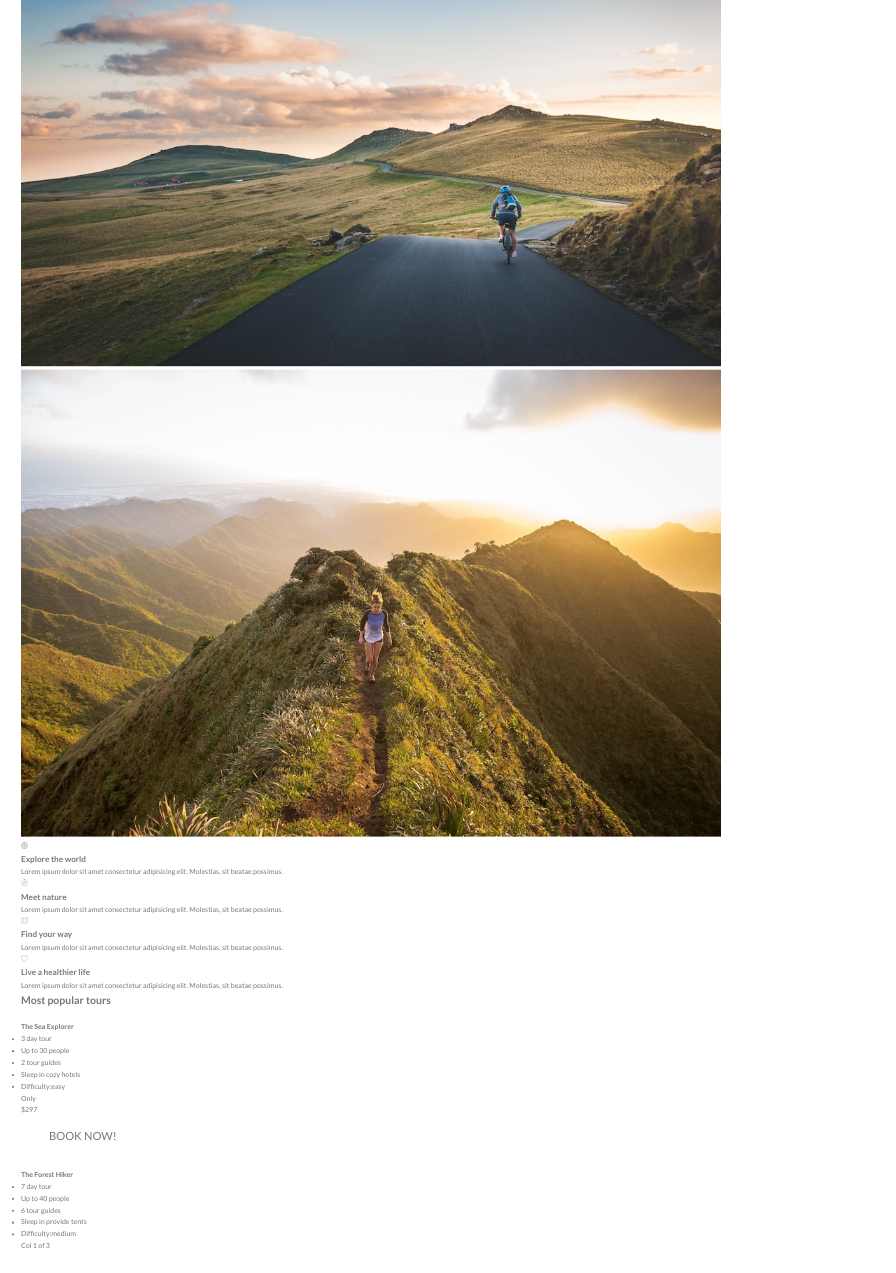
Repository: MalgorzataMazur/Natours
Page: index.html
An editor plug-in stored every save of this project. The page is shown before and after the next save, followed by the edit.
The browser window is 1280 px wide. The pictures show the part of the page from y = 1643 to 3563 px (the page is 3461 px tall before and 3563 px after), at 70% of full size.
The style sheet was rebuilt from its Sass, Less or Tailwind sources for each picture, by a compiler version that may differ from the author's.

Above is the page before, as saved 2020-02-20 22:30:17.

### index.html
<!DOCTYPE html>
<html lang="en">
<head>
    <meta charset="UTF-8">
    <meta name="viewport" content="width=device-width, initial-scale=1.0">
    <meta http-equiv="X-UA-Compatible" content="ie=edge">

    <link href="https://fonts.googleapis.com/css?family=Lato:100,300,400,700,900" rel="stylesheet">

    <link rel="stylesheet" href="css/icon-font.css.css">
    <link rel="stylesheet" href="css/style.css">
    <link rel="shortcut icon" type="image/png" href="img/favicon.png">

    <title>Natours | Exciting tours for adventurous people</title>
</head>
<body>
    <header class="header">  <!-- green field -->
        <div class="header__logo-box">
            <img src="img/logo-white.png" alt="Logo" class="header__logo">
        </div>

        <div class="header__text-box">
            <h1 class="heading-primary">
                <span class="heading-primary--main">Outdoors</span>
                <span class="heading-primary--sub">is where life happens</span>
            </h1>
            <a href="#" class="btn btn--white btn--animated">Discover our tours</a>
        </div>
    </header>

    <main>
        <section class="section-about">
            <div class="u-center-text u-margin-bottom-big">  <!--utility class - wrap this elelemnt into a parent element and then  center text from there -->
                <h2 class="heading-secondary">
                    Exciting tours for adventurous people
                </h2>
            </div>

            <div class="row">
                <div class="col-1-of-2">
                    <h3 class="heading-tertiary u-margin-bottom-small">You're going to fall in love with nature</h3>
                    <p class="paragraph">
                        Lorem ipsum dolor sit amet consectetur adipisicing elit. Molestias, sit beatae possimus, eum unde velit soluta exercitationem neque, dicta omnis quisquam quae? Itaque provident porro!
                    </p>

                    <h3 class="heading-tertiary u-margin-bottom-small">Live adventure like you never have before</h3>
                    <p class="paragraph">
                        Lorem ipsum dolor sit, amet consectetur adipisicing elit. Quis maxime debitis dolorum facere amet qui, eius aut minus.
                    </p>

                    <a href="#" class="btn-text">Learn more &rarr;</a> <!-- &rarr arrow -->
                </div>
                <div class="col-1-of-2">
                    <div class="composition">
                        <img src="img/nat-1-large.jpg" alt="Photo 1" class="composition__photo composition__photo--p1">
                        <img src="img/nat-2-large.jpg" alt="Photo 2" class="composition__photo composition__photo--p2">
                        <img src="img/nat-3-large.jpg" alt="Photo 3" class="composition__photo composition__photo--p3">
                    </div>
                </div>
            </div>
        </section>


        <section class="section-features">

            <div class="row">
                <div class="col-1-of-4">
                    <div class="feature-box">
                        <i class="feature-box__icon icon-basic-world"></i>
                        <h3 class="heading-tertiary u-margin-bottom-small">Explore the world</h3>
                        <p class="feature-box__text">
                            Lorem ipsum dolor sit amet consectetur adipisicing elit. Molestias, sit beatae possimus.
                        </p>

                    </div>
                </div>

                <div class="col-1-of-4">
                    <div class="feature-box">
                        <i class="feature-box__icon icon-basic-compass"></i>
                        <h3 class="heading-tertiary u-margin-bottom-small">Meet nature</h3>
                        <p class="feature-box__text">
                            Lorem ipsum dolor sit amet consectetur adipisicing elit. Molestias, sit beatae possimus.
                        </p>

                    </div>
                </div>

                <div class="col-1-of-4">
                    <div class="feature-box">
                        <i class="feature-box__icon icon-basic-map"></i>
                        <h3 class="heading-tertiary u-margin-bottom-small">Find your way</h3>
                        <p class="feature-box__text">
                            Lorem ipsum dolor sit amet consectetur adipisicing elit. Molestias, sit beatae possimus.
                        </p>

                    </div>
                </div>

                <div class="col-1-of-4">
                    <div class="feature-box">
                        <i class="feature-box__icon icon-basic-heart"></i>
                        <h3 class="heading-tertiary u-margin-bottom-small">Live a healthier life</h3>
                        <p class="feature-box__text">
                            Lorem ipsum dolor sit amet consectetur adipisicing elit. Molestias, sit beatae possimus.
                        </p>

                    </div>
                </div>
            </div>
        </section>

        <section class="section-tours">
            <div class="u-center-text u-margin-bottom-big">  <!--utility class - wrap this elelemnt into a parent element and then  center text from there -->
                <h2 class="heading-secondary">
                    Most popular tours
                </h2>
            </div>

            <div class="row">
                <div class="col-1-of-3">
                    <div class="card">
                        <div class="card__side card__side--front"> <!--to distinguish front&back side  -->
                            <div class="card__picture card__picture--1">
                                &nbsp;   <!-- special symbol for space -->
                            </div>
                            <h4 class="card__heading">
                                <span class="card__heading-span card__heading-span--1">  <!-- sth to wrap around the text card-->
                                    The Sea Explorer
                                </span>
                            </h4>
                            <div class="card__details">
                                <ul>
                                    <li>3 day tour</li>
                                    <li>Up to 30 people</li>
                                    <li>2 tour guides</li>
                                    <li>Sleep in cozy hotels</li>
                                    <li>Difficulty:easy</li>
                                </ul>
                            </div>
                        </div>
                        <div class="card__side card__side--back card__side--back-1">
                            <div class="card__cta">
                                <div class="card__price-box">
                                    <p class="card__price-only">Only</p>
                                    <p class="card__price-value">$297</p>
                                </div>
                                <a href="#" class="btn btn--white">Book now!</a>
                            </div>
                        </div>
                    </div>
                </div>

                <div class="col-1-of-3">
                    <div class="card">
                        <div class="card__side card__side--front"> <!--to distinguish front&back side  -->
                            <div class="card__picture card__picture--2">
                                &nbsp;   <!-- special symbol for space -->
                            </div>
                            <h4 class="card__heading">
                                <span class="card__heading-span card__heading-span--2">  <!-- sth to wrap around the text card-->
                                    The Forest Hiker
                                </span>
                            </h4>
                            <div class="card__details">
                                <ul>
                                    <li>7 day tour</li>
                                    <li>Up to 40 people</li>
                                    <li>6 tour guides</li>
                                    <li>Sleep in provide tents</li>
                                    <li>Difficulty:medium</li>
                                </ul>
                            </div>
                        </div>
                </div>
                <div class="col-1-of-3">
                    Col 1 of 3
                </div>
            </div>

        </section>
    </main>


    <!--
    <section class="grid-test">


        <div class="row">
            <div class="col-1-of-3">
                Col 1 of 3
            </div>
            <div class="col-1-of-3">
                Col 1 of 3
            </div>
            <div class="col-1-of-3">
                Col 1 of 3
            </div>
        </div>

        <div class="row">
            <div class="col-1-of-3">
                Col 1 of 3
            </div>
            <div class="col-2-of-3">
                Col 2 of 3
            </div>
        </div>

        <div class="row">
            <div class="col-1-of-4">
                Col 1 of 4
            </div>
            <div class="col-1-of-4">
                Col 1 of 4
            </div>
            <div class="col-1-of-4">
                Col 1 of 4
            </div>
            <div class="col-1-of-4">
                Col 1 of 4
            </div>
        </div>

        <div class="row">
            <div class="col-1-of-4">
                Col 1 of 4
            </div>
            <div class="col-1-of-4">
                Col 1 of 4
            </div>
            <div class="col-2-of-4">
                Col 2 of 4
            </div>
        </div>

        <div class="row">
            <div class="col-1-of-4">
                Col 1 of 4
            </div>
            <div class="col-3-of-4">
                Col 3 of 4
            </div>
        </div>
    </section> -->


</body>
</html>

### sass/main.scss


$color-primary: #55c57a;
$color-primary-light: #7ed56f;
$color-primary-dark: #28b485;




/* universal selector */    /* that is BASIC RESET! */
*,
*::after,
*::before {
    margin: 0;
    padding: 0;
    box-sizing: inherit;
}

html {
    font-size: 62.5%;            /* 100% ; 10/16= 0.625; .625*16(px font)= 10 */
}
body {
    font-family: "Lato", sans-serif;          /* FONT HERE IN BODY BECASUE IS USUALLY IHERITATED */
    font-weight: 400;
    /* font-size: 16px; */
    line-height: 1.7;                       /* 1.7 x higher than earlier defined height of line */
    color: #777;
    padding: 3rem;                          /* around all website white strap */

    box-sizing: border-box;
}

.header {
    height: 95vh;                          /* a#7ed56f, t the boottom left white strap 5% */
    background-image: linear-gradient(
        to right bottom,                     /* define gradient here linear, from wich side sholuld starts here in line gradienfrom the left top to the right, colours */
        rgba($color-primary-light, 0.8),
        rgba($color-primary-dark, 0.8)),
        url(../img/hero.jpg);
    background-size: cover;
    background-position: top;
    position: relative;

    clip-path: polygon(0 0, 100% 0, 100% 75vh, 0 100%);  /* do wedge (kiln, wcięcie) just to clip from one side, w do polygon (wilokat) we move every single corner move clockwise x & y)  */

}

.header__logo-box {
    position: absolute;                    /* in the left corner */
    top: 4rem;
    left: 4rem;
}

.header__logo {
    height: 3.5rem;
}

.header__text-box {
    position: absolute;
    top: 40%;                          /* top&left they're in relation to the parent element  */
    left: 50%;
    transform: translate(-50%, -50%);         /*translation  is in relation to the elemnet itself; header promary I mean an element to be centered we have to shifted 50% of height and width of element not parent */
    text-align: center;                /* button at the center */
}

.heading-primary {
    color: #fff;
    text-transform: uppercase;

    backface-visibility: hidden;
    margin-bottom: 6rem;                 /* a little bit like to the top, shaky and it is to fix it  */
}

.heading-primary--main {
    display: block;
    font-size: 6rem;
    font-weight: 400;
    letter-spacing: 3.5rem;

    animation-name: moveInLeft;               /*  for animation to woerk there're two only properties to specify aniamtion name and the anim ation duration */
    animation-duration: 1s;
    animation-timing-function: ease-out;       /* define how animation will proceed slow/fast; ease-out the anim will start faster and then will become slower by the end */


    /*animation-delay: 3s;*/              /* set a delay we can in animation */
    /*animation-iteration-count: 3; */          /* how many times animation should happens */

}

.heading-primary--sub {
    display: block;
    font-size: 2rem;
    font-weight: 700;
    letter-spacing: 1.75rem;
    animation: moveInRight 1s ease-out;

}

@keyframes moveInLeft {            /* ANIMATION we started from @keyframes and name of animation;NOW I can specify whnt I want to happen in each moment of time of the animation  */
    0% {                          /* initial state */
       opacity: 0;                         /* first we wanted to be visible so opacity 0 and in the end opacity 1; opacity is one of properties that we animated here and transform property second */
       transform: translateX(-10rem);        /* the element comes in from the left side */
    }                                          /* rotate(180deg) */

    80% {
        transform: translateX(1rem);        /* to the right side goes */
    }

    100% {                        /* final state */
        opacity: 1;                         /* first we wanted to be visible so opacity 0 and in the end opacity 1 */
        transform: translate(0);     /* it's gonna look exactly right now */
    }
}


@keyframes moveInRight {
       0% {
        opacity: 0;
        transform: translateX(10rem);      /* moves to the right */
    }

    80% {
        transform: translateX(-1rem);
    }

    100% {
        opacity: 1;
        transform: translate(0);
    }
}

@keyframes moveInBottom {              /* after load btn is going from the bottom */
    0% {
     opacity: 0;                      /* befoee strats anim btn sholud be lover current his position */
     transform: translateY(3rem);      /* moves to the right */
 }

 100% {
     opacity: 1;
     transform: translate(0);
 }
}
/* pseudo-classes */
.btn:link,                              /* link an anchor element; we straed at first step from  */
.btn:visited {                          /* link and vistedt look the same here */
    text-transform: uppercase;
    text-decoration: none;
    padding: 1.5rem 4rem;
    display: inline-block;              /* if specufypadding, width, height of elemet thay sholud be display as a inline-block */
    border-radius: 10rem;
    transition: all .2s;               /* build a creative hover animation effect*/  /*first which properties we want animate, time duration*  */
    position: relative;
    font-size: 1.6rem;
}

.btn:hover {
    transform: translateY(-3px);                       /* element moves up */
    box-shadow: 0 1em 2rem rgba(0, 0, 0,.2);                       /* move x, y, blur, color; a very subtle shadow and here is 20% almost transparent*/
}

.btn:active {                           /* click element */
    transform: translateY(-1px);
    box-shadow: 0 .5rem 1rem rgba(0, 0, 0,.2)
}
.btn--white {
    background-color: #fff;
    color: #777;
}
/* pseudo-elements to style caertain parts of elements*/  /* we want put this buuton behind the main btb */
.btn::after {    /* we strat do taht looks like it zooms out to infinity when we hover and it comes back when we hover out; pseudoelement is like a child of btn */
    content: "";                      /* content is always necessary */
    display: inline-block;            /* display is always necessary as well, the same dispaly as btn  */
    height: 100%;                     /* teh dame property like btn we want to look the same as a btn, is like a child of btn*/
    width: 100%;
    border-radius: 10rem;
    position: absolute;               /* behind the btn we want put this actual btn we use position absol and the reference is the fisrt element with the relative position that it can find and it should be BTN (vis alnd link) and now it will be hidden behind the btn*/
    top: 0;
    left: 0;
    z-index: -1;                    /* defines the position of the elements if they are on top of another */
    transition: all .4s;

}

.btn--white::after {
    background-color: #fff;
}

.btn:hover::after { /* when hover yhe btn we wnat some certain style for the after pseudo-elemenr, so this is an after pseudo-element only when we have the button on the hover state*/
    transform: scaleX(1.4) scaleY(1.6);    /* we want to be bigger after hover state; cen rowny zmkazdej str dlatego x i y skalujemy */ /* and we want to animate like before, so animate in initial state- btn:after above pseudoelement*/
    opacity: 0;         /* opacity 0 sets sth to invisible basicilly, so btn disappear */
}

.btn--animated {   /* we ant to only this btn to animated from the bottom */
    animation: moveInBottom .5s ease-out .75s;     /* here is delay the last property */
    animation-fill-mode: backwards;     /* btn is visible before animation, we don't want that so we use this property and we set WSTECZ it means automacily the style up to 0% (moveinbottom) before the animation starts*/
}

Loaded but not shown: css/icon-font.css.css (445 lines, source omitted)

After the next save:
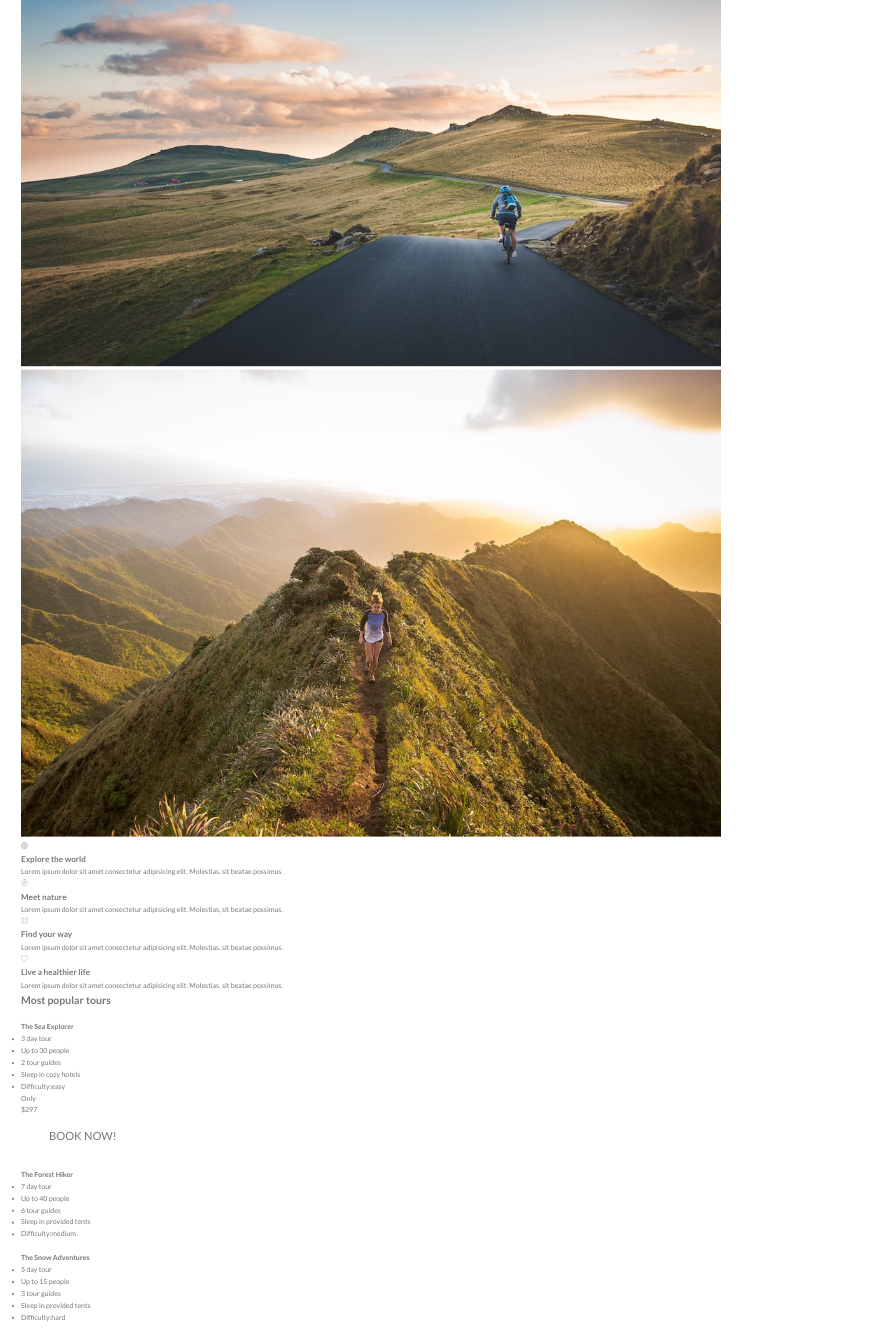
Saved 7 min 20 s later.
--- a/index.html
+++ b/index.html
@@ -167,14 +167,35 @@
                                     <li>7 day tour</li>
                                     <li>Up to 40 people</li>
                                     <li>6 tour guides</li>
-                                    <li>Sleep in provide tents</li>
+                                    <li>Sleep in provided tents</li>
                                     <li>Difficulty:medium</li>
                                 </ul>
                             </div>
                         </div>
-                </div>
+                    </div>
+                </div>
+
                 <div class="col-1-of-3">
-                    Col 1 of 3
+                    <div class="card">
+                        <div class="card__side card__side--front"> <!--to distinguish front&back side  -->
+                            <div class="card__picture card__picture--3">
+                                &nbsp;   <!-- special symbol for space -->
+                            </div>
+                            <h4 class="card__heading">
+                                <span class="card__heading-span card__heading-span--3">  <!-- sth to wrap around the text card-->
+                                    The Snow Adventures
+                                </span>
+                            </h4>
+                            <div class="card__details">
+                                <ul>
+                                    <li>5 day tour</li>
+                                    <li>Up to 15 people</li>
+                                    <li>3 tour guides</li>
+                                    <li>Sleep in provided tents</li>
+                                    <li>Difficulty:hard</li>
+                                </ul>
+                            </div>
+                        </div>
                 </div>
             </div>
 
